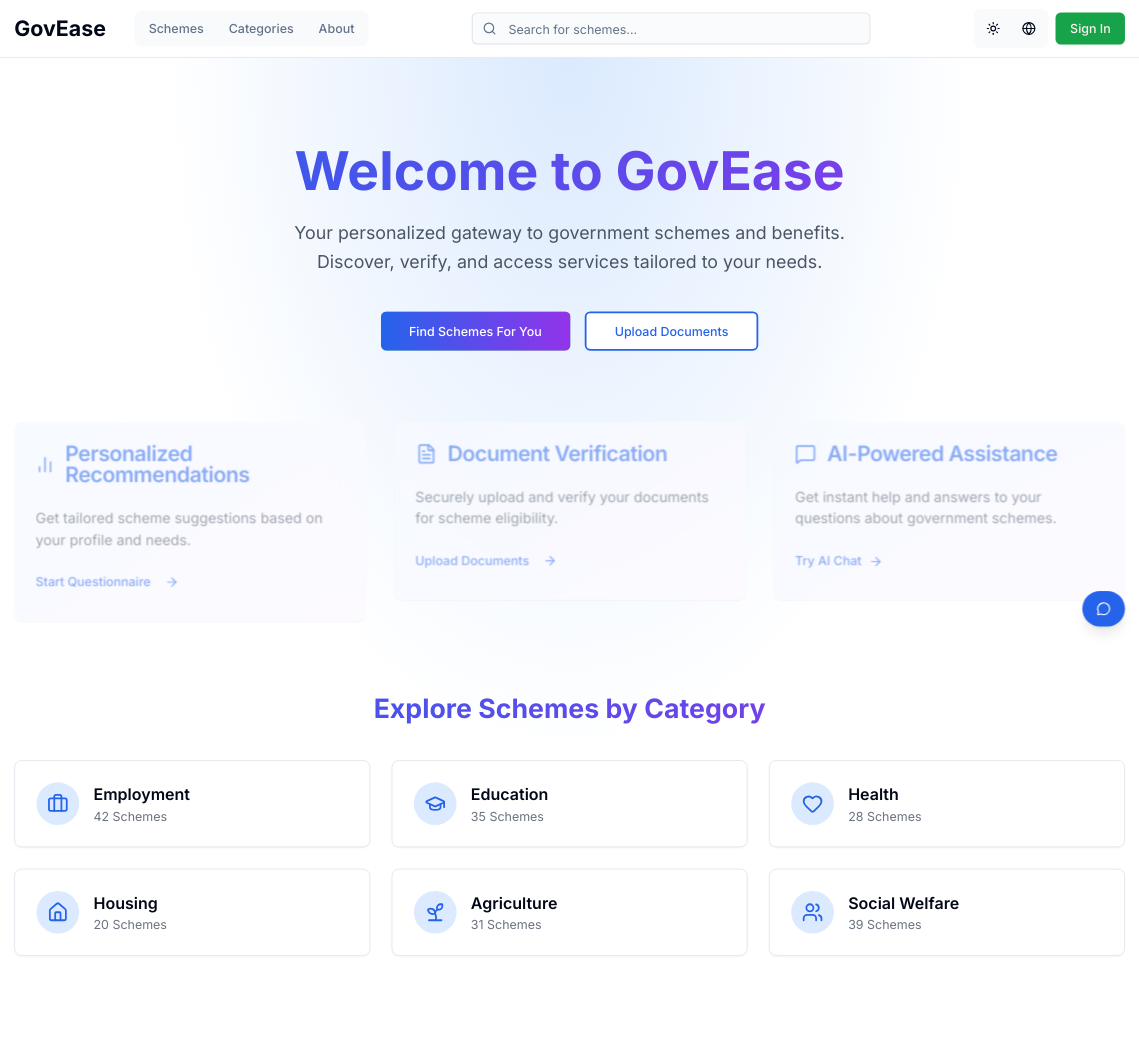
Repository: Aniket7545/GovEase
Page: /
An editor plug-in stored every save of this project. The page is shown before and after the next save, followed by the edit.
The browser window is 1280 px wide. The pictures show the whole page, at 89% of full size.
The project was rebuilt for these pictures with package versions that can differ from the ones it lists, and the page was loaded fresh each time. The framework's server and built-in components were replaced by stand-ins that run in the browser. Also part of the build but not shown: next.config.ts, components/ui/scroll-area.tsx.

Above is the page before, as saved 2025-01-12 18:16:08.

After the next save:
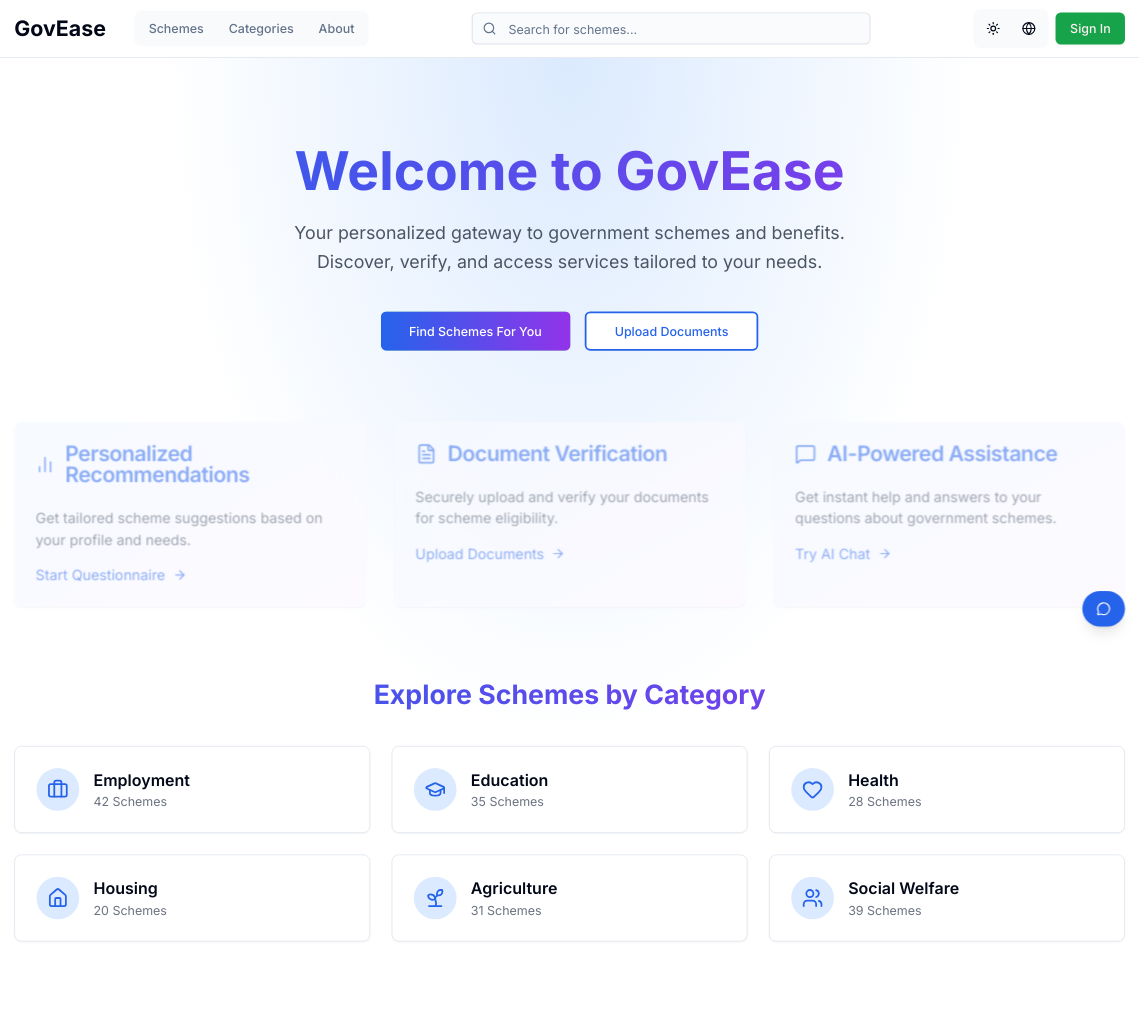
Saved 4 min 53 s later.
--- a/app/page.tsx
+++ b/app/page.tsx
@@ -63,72 +63,66 @@ export default function Home() {
           </motion.div>
 
           {/* Features Section */}
-          <motion.div variants={itemVariants}>
-            <div className="grid md:grid-cols-3 gap-8">
-              {[
-                {
-                  icon: <BarChart2 className="h-6 w-6" />,
-                  title: "Personalized Recommendations",
-                  description: "Get tailored scheme suggestions based on your profile and needs.",
-                  link: "/questionnaire",
-                  linkText: "Start Questionnaire"
-                },
-                {
-                  icon: <FileText className="h-6 w-6" />,
-                  title: "Document Verification",
-                  description: "Securely upload and verify your documents for scheme eligibility.",
-                  link: "/upload-documents",
-                  linkText: "Upload Documents"
-                },
-                {
-                  icon: <MessageSquare className="h-6 w-6" />,
-                  title: "AI-Powered Assistance",
-                  description: "Get instant help and answers to your questions about government schemes.",
-                  action: () => document.querySelector('.fixed.bottom-4.right-4')?.classList.remove('hidden'),
-                  linkText: "Try AI Chat"
-                }
-              ].map((feature, index) => (
-                <motion.div
-                  key={index}
-                  whileHover={{ y: -5 }}
-                  transition={{ type: "spring", stiffness: 300 }}
-                >
-                  <Card className="relative overflow-hidden border-none bg-white/70 dark:bg-gray-800/50 backdrop-blur-lg">
-                    <div className="absolute inset-0 bg-gradient-to-br from-blue-50 to-purple-50 dark:from-blue-900/20 dark:to-purple-900/20 opacity-50" />
-                    <CardHeader>
-                      <CardTitle className="flex items-center gap-3 text-blue-600 dark:text-blue-400">
-                        {feature.icon}
-                        {feature.title}
-                      </CardTitle>
-                    </CardHeader>
-                    <CardContent className="space-y-4">
-                      <p className="text-gray-600 dark:text-gray-300">
-                        {feature.description}
-                      </p>
-                      <Button
-                        variant="link"
-                        asChild={!!feature.link}
-                        onClick={feature.action}
-                        className="group text-blue-600 dark:text-blue-400 p-0 hover:no-underline"
-                      >
-                        {feature.link ? (
-                          <Link href={feature.link}>
-                            {feature.linkText}
-                            <ArrowRight className="ml-2 h-4 w-4 transition-transform group-hover:translate-x-1" />
-                          </Link>
-                        ) : (
-                          <span className="cursor-pointer">
-                            {feature.linkText}
-                            <ArrowRight className="ml-2 h-4 w-4 transition-transform group-hover:translate-x-1 inline-block" />
-                          </span>
-                        )}
-                      </Button>
-                    </CardContent>
-                  </Card>
-                </motion.div>
-              ))}
-            </div>
-          </motion.div>
+          {/* Features Section */}
+<motion.div variants={itemVariants}>
+  <div className="grid md:grid-cols-3 gap-8">
+    {[
+      {
+        icon: <BarChart2 className="h-6 w-6" />,
+        title: "Personalized Recommendations",
+        description: "Get tailored scheme suggestions based on your profile and needs.",
+        href: "/questionnaire",
+        linkText: "Start Questionnaire"
+      },
+      {
+        icon: <FileText className="h-6 w-6" />,
+        title: "Document Verification",
+        description: "Securely upload and verify your documents for scheme eligibility.",
+        href: "/upload-documents",
+        linkText: "Upload Documents"
+      },
+      {
+        icon: <MessageSquare className="h-6 w-6" />,
+        title: "AI-Powered Assistance",
+        description: "Get instant help and answers to your questions about government schemes.",
+        href: "#",
+        linkText: "Try AI Chat",
+        onClick: () => document.querySelector('.fixed.bottom-4.right-4')?.classList.remove('hidden')
+      }
+    ].map((feature, index) => (
+      <motion.div
+        key={index}
+        whileHover={{ y: -5 }}
+        transition={{ type: "spring", stiffness: 300 }}
+      >
+        <Link
+          href={feature.href}
+          onClick={feature.onClick}
+          className="block h-full"
+        >
+          <Card className="relative h-full overflow-hidden border-none bg-white/70 dark:bg-gray-800/50 backdrop-blur-lg">
+            <div className="absolute inset-0 bg-gradient-to-br from-blue-50 to-purple-50 dark:from-blue-900/20 dark:to-purple-900/20 opacity-50" />
+            <CardHeader>
+              <CardTitle className="flex items-center gap-3 text-blue-600 dark:text-blue-400">
+                {feature.icon}
+                {feature.title}
+              </CardTitle>
+            </CardHeader>
+            <CardContent className="space-y-4">
+              <p className="text-gray-600 dark:text-gray-300">
+                {feature.description}
+              </p>
+              <span className="group text-blue-600 dark:text-blue-400 flex items-center">
+                {feature.linkText}
+                <ArrowRight className="ml-2 h-4 w-4 transition-transform group-hover:translate-x-1" />
+              </span>
+            </CardContent>
+          </Card>
+        </Link>
+      </motion.div>
+    ))}
+  </div>
+</motion.div>
 
           {/* Categories Section */}
           <motion.div variants={itemVariants}>
